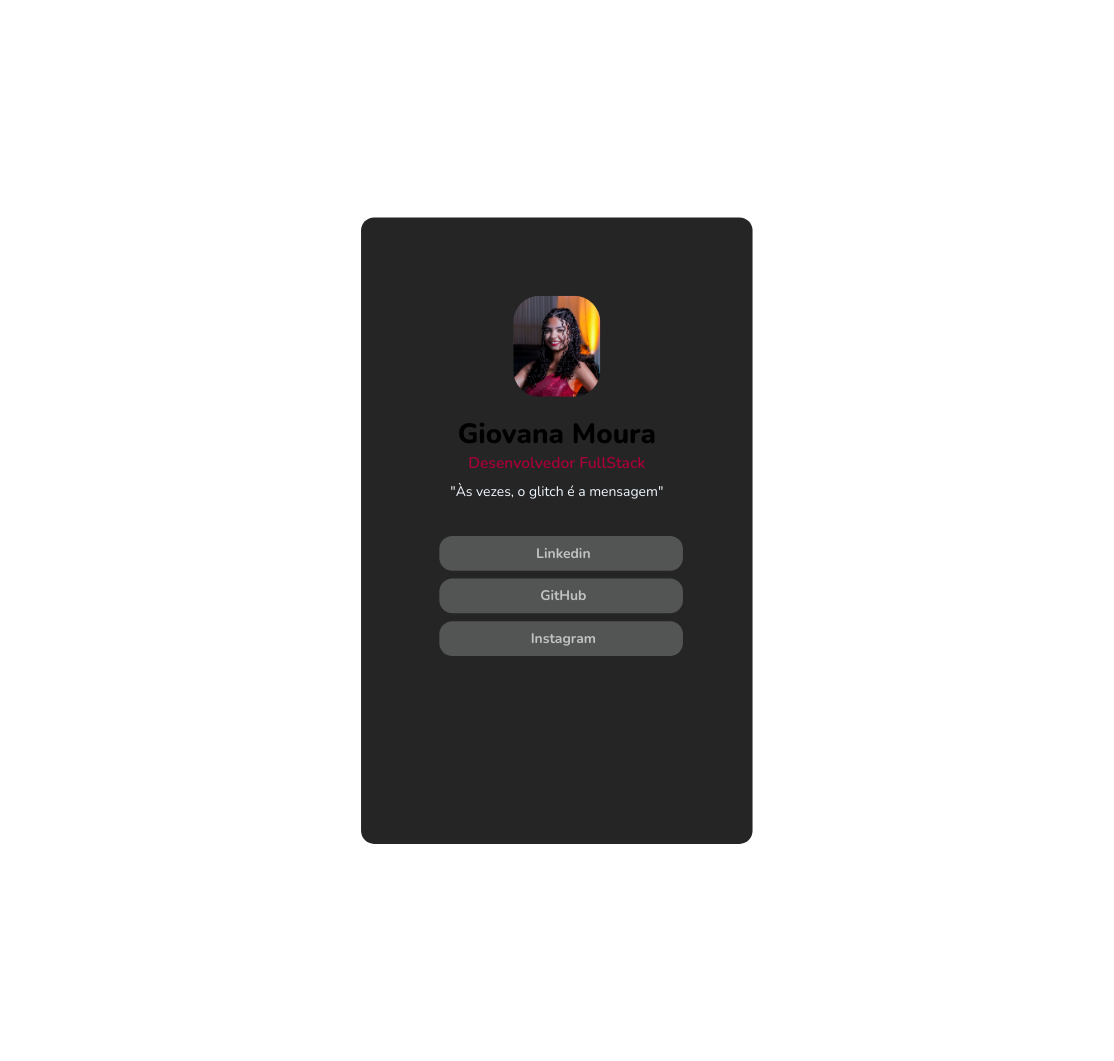
Repository: gimoli/linktree-giovana
Page: index.html
The author's editor kept a copy of each file at every save. The page is drawn from the files as they stood at one save, then again after the next save.
The browser window is 1280 px wide. The pictures show the whole page, at 87% of full size.
Some icons come from a web library that is not loaded, so they are not drawn.

Above is the page before, as saved 2025-04-11 11:59:13.

After the next save:
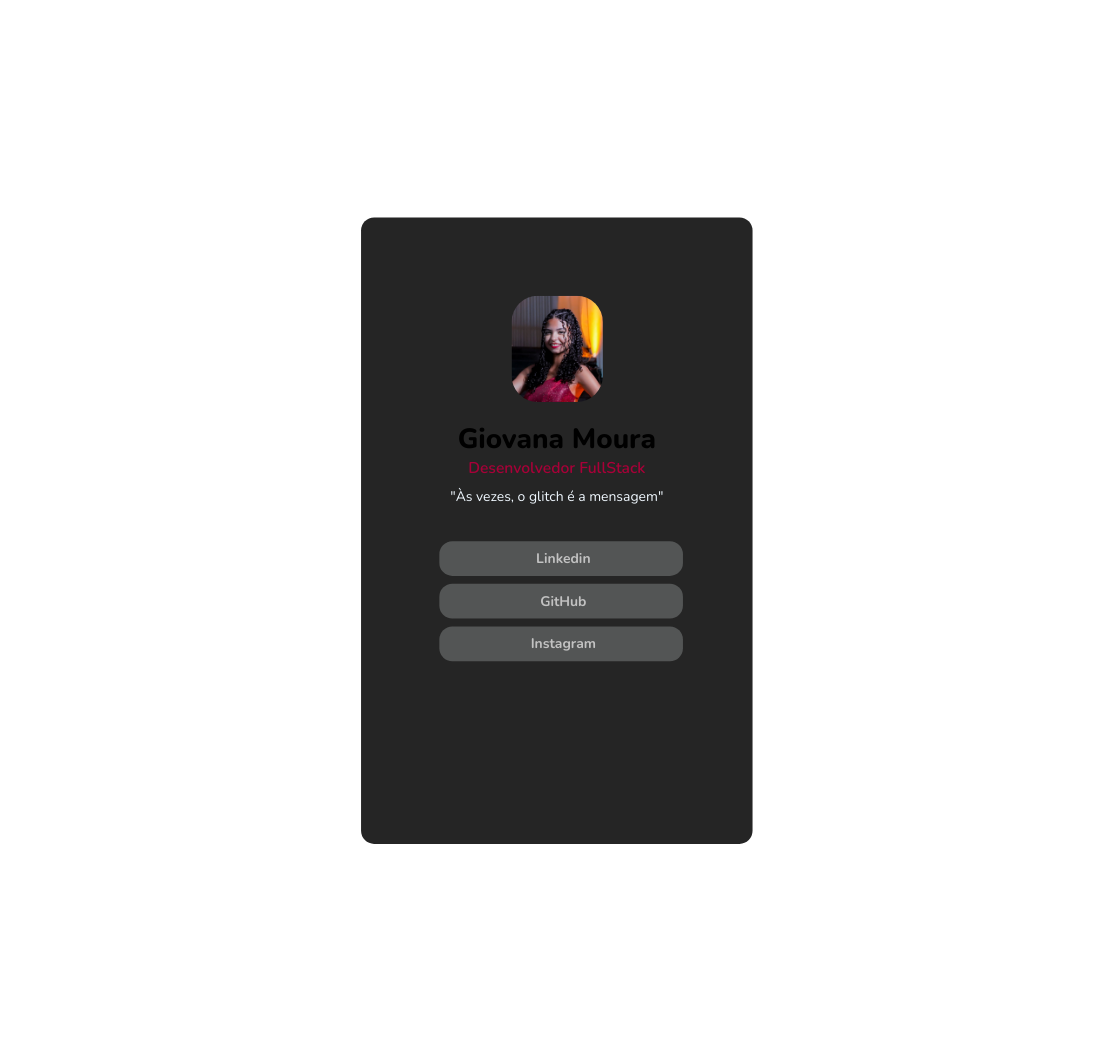
Saved 9 s later.
--- a/CSS/style.css
+++ b/CSS/style.css
@@ -26,7 +26,7 @@ body {
 }
 
 .container-imagem img{
-    width: 100px;
+    width: 105px;
     border-radius: 30px;
 }
 
